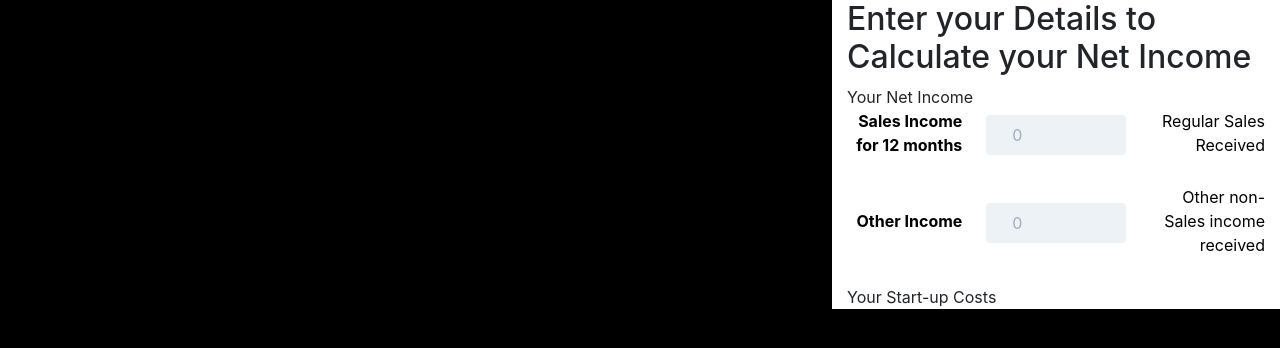
Repository: latenightsnacc/Financial-Forecast
Page: financial-forecast.html
The author's editor kept a copy of each file at every save. The page is drawn from the files as they stood at one save, then again after the next save.
The browser window is 1280 px wide. The pictures show the whole page.

Above is the page before, as saved 2020-11-15 11:44:48.

### financial-forecast.html
<!DOCTYPE html>
<html lang="en">
<head>
    <meta charset="UTF-8">
    <meta name="viewport" content="width=device-width, initial-scale=1.0">
    <!--Tailwind CDN-->
    <link rel="stylesheet" href="https://cdnjs.cloudflare.com/ajax/libs/tailwindcss/1.9.6/base.min.css" integrity="sha512-hEjkvMSM0ql6VJcNK0gTmjt9ar8F2yHeBUbJKtyvQhkkbGMhiJ4+MaiB8XxsthLAHJx5vy2I9dN0un8HiWG2LA==" crossorigin="anonymous" />
    <link rel="stylesheet" href="https://cdnjs.cloudflare.com/ajax/libs/tailwindcss/1.9.6/components.min.css" integrity="sha512-TizAONqhvXjEfRPhptSUkZNVU497PzAnXNGNUoeOjeni4dHpJ+ak+ZsyoGna20LH/yg1PvdufN1VbnVQeVDftg==" crossorigin="anonymous" />
    <link rel="stylesheet" href="https://cdnjs.cloudflare.com/ajax/libs/tailwindcss/1.9.6/tailwind.css" integrity="sha512-HY1FOTeAX9idUBWDhVDrBg8QUHBisKVQ4BCVj1jFo5z76mk87w4Rr5YGP8nBkcGmoMzqYvdeXHMOg/olF45z3g==" crossorigin="anonymous" />
    <link rel="stylesheet" href="https://cdnjs.cloudflare.com/ajax/libs/tailwindcss/1.9.6/utilities.min.css" integrity="sha512-0QJfuLKyYJWGB5hKArJW67xqMLDlR8YaLM/ZuW2mRn4NRwHNsGm7UuREc5Fu7jONHyewPKnGODY0N8G+FQbfxg==" crossorigin="anonymous" />
    <!--Bootstrap CDN-->
    <link rel="stylesheet" href="https://cdn.jsdelivr.net/npm/bootstrap@4.5.3/dist/css/bootstrap.min.css" integrity="sha384-TX8t27EcRE3e/ihU7zmQxVncDAy5uIKz4rEkgIXeMed4M0jlfIDPvg6uqKI2xXr2" crossorigin="anonymous">
    <title>Financial Forecast |Resaads Consults - Think Millenial</title>
</head>
<body class="bg-black">
    <div class="container">
        <!--Navigation-->
    </div>
    <div class="wrapper float-right max-w-md bg-white">
        <div class="container">
            <h2 class="title">Enter your Details to Calculate your Net Income</h2>
        </div>
        <div class="container">
            <!--FORM-->
            <form class="w-full max-w-none">
            <!--NET INCOME-->
                <div class="title">Your Net Income</div>
                <!--Sales Income-->
                <div class="md:flex md:items-center mb-6">
                  <div class="md:w-1/3">
                    <label class="block text-black font-bold md:text-right mb-1 md:mb-0 pr-4" for="inline-full-name" placeholder="0">
                      Sales Income for 12 months
                    </label>
                  </div>
                  <div class="md:w-1/3">
                    <input class="bg-gray-200 appearance-none border-2 border-gray-200 rounded w-full py-2 px-4 text-gray-700 leading-tight focus:outline-none focus:bg-white focus:border-grey-500" id="inline-full-name" type="text" placeholder="0">
                  </div>
                  <div class="md:w-1/3">
                    <label class="block text-black font-500 md:text-right mb-1 md:mb-0 pl-4 float-left" for="inline-full-name" >
                      Regular Sales Received
                    </label>
                  </div>
                </div>
                <!--Other Income-->
                <div class="md:flex md:items-center mb-6">
                    <div class="md:w-1/3">
                      <label class="block text-black font-bold md:text-right mb-1 md:mb-0 pr-4" for="inline-full-name" placeholder="0">
                        Other Income
                      </label>
                    </div>
                    <div class="md:w-1/3">
                      <input class="bg-gray-200 appearance-none border-2 border-gray-200 rounded w-full py-2 px-4 text-gray-700 leading-tight focus:outline-none focus:bg-white focus:border-grey-500" id="inline-full-name" type="text" placeholder="0">
                    </div>
                    <div class="md:w-1/3">
                      <label class="block text-black font-500 md:text-right mb-1 md:mb-0 pl-4 float-left" for="inline-full-name" >
                        Other non-Sales income received
                      </label>
                    </div>
                </div>
            <!--STARTUP COSTS-->
                <div class="title">Your Start-up Costs</div>
              </form>
        </div>
    </div>
    <!--Bootstrap Scripts-->
    <script src="https://code.jquery.com/jquery-3.5.1.slim.min.js" integrity="sha384-DfXdz2htPH0lsSSs5nCTpuj/zy4C+OGpamoFVy38MVBnE+IbbVYUew+OrCXaRkfj" crossorigin="anonymous"></script>
    <script src="https://cdn.jsdelivr.net/npm/popper.js@1.16.1/dist/umd/popper.min.js" integrity="sha384-9/reFTGAW83EW2RDu2S0VKaIzap3H66lZH81PoYlFhbGU+6BZp6G7niu735Sk7lN" crossorigin="anonymous"></script>
    <script src="https://cdn.jsdelivr.net/npm/bootstrap@4.5.3/dist/js/bootstrap.min.js" integrity="sha384-w1Q4orYjBQndcko6MimVbzY0tgp4pWB4lZ7lr30WKz0vr/aWKhXdBNmNb5D92v7s" crossorigin="anonymous"></script>
</body>
</html>

After the next save:
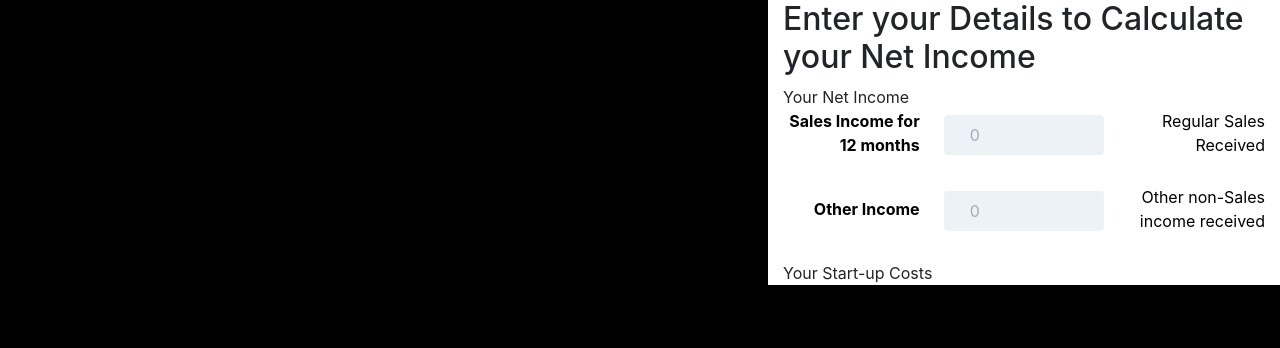
Saved 9 s later.
--- a/financial-forecast.html
+++ b/financial-forecast.html
@@ -16,7 +16,7 @@
     <div class="container">
         <!--Navigation-->
     </div>
-    <div class="wrapper float-right max-w-md bg-white">
+    <div class="wrapper float-right max-w-lg bg-white">
         <div class="container">
             <h2 class="title">Enter your Details to Calculate your Net Income</h2>
         </div>
